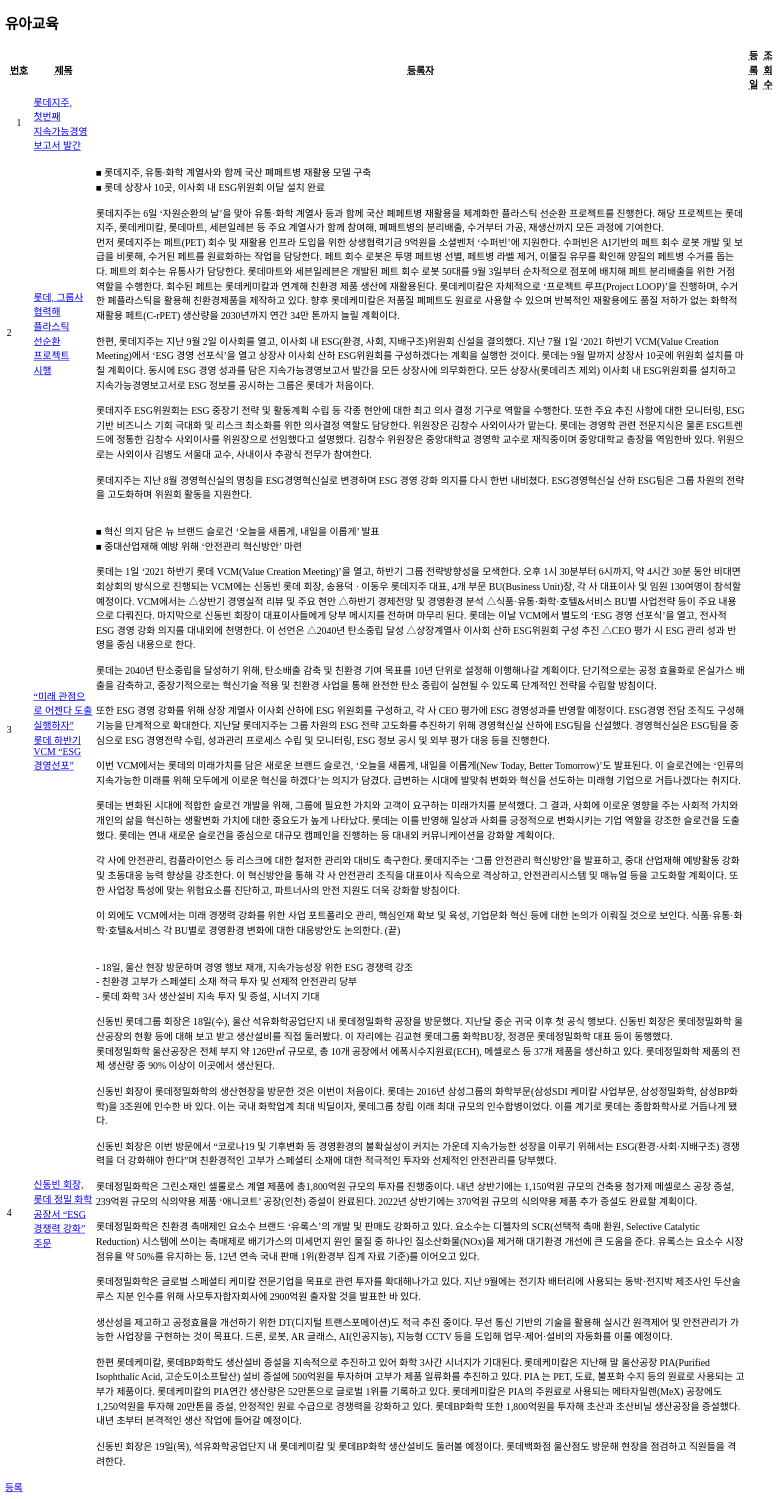
Repository: songyooon/pro06
Page: http://localhost/policy/infantlist
The author's editor kept a copy of each file at every save. The page is drawn from the files as they stood at one save, then again after the next save.
The browser window is 1280 px wide. The pictures show the whole page, at 61% of full size.
The page is this project's Thymeleaf template; nobody is signed in. The template is opened directly, without the code that normally fills it, so the values that code supplies are empty.

Above is the page before, as saved 2022-12-26 04:18:25.

After the next save:
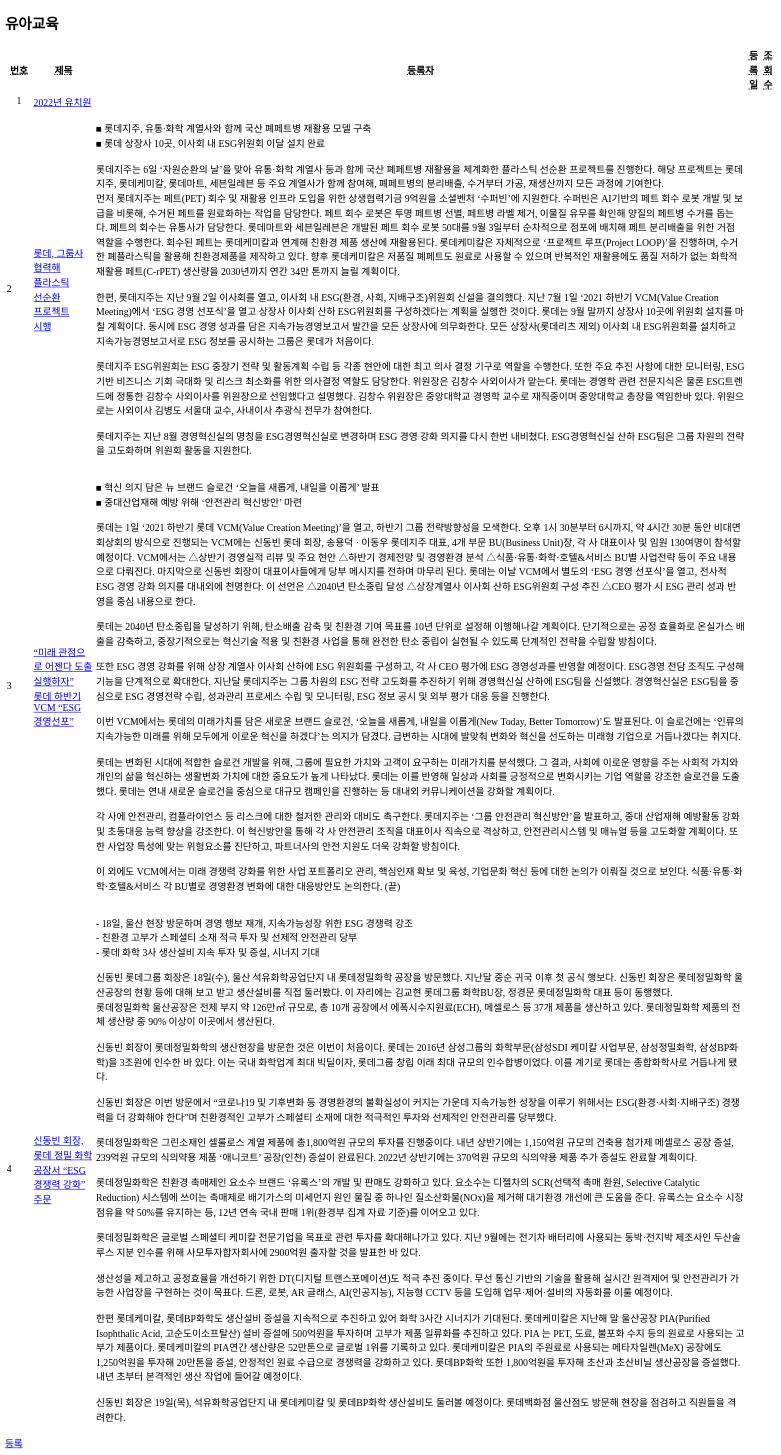
Saved 41 s later.
--- a/myapp/src/main/resources/templates/policy/infantlist.html
+++ b/myapp/src/main/resources/templates/policy/infantlist.html
@@ -29,7 +29,7 @@
                       <td>&nbsp;&nbsp;&nbsp;&nbsp;1&nbsp;&nbsp;&nbsp;&nbsp;</td>
 
                       <td>
-                          <a href="/pro04/GetEsgDetailCtrl.html?no=1">롯데지주, <br>첫번째 <br>지속가능경영보고서 발간</a>
+                          <a href="/pro04/GetEsgDetailCtrl.html?no=1">2022년 유치원 </a>
                       </td>
                       <td>
 
